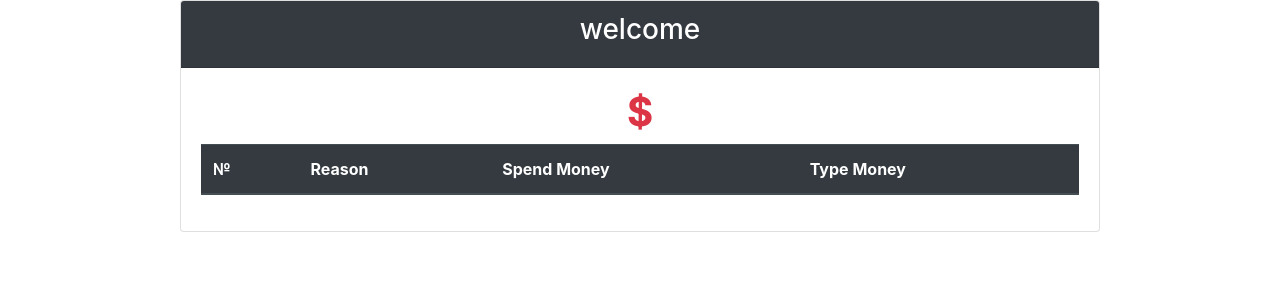
Repository: surefaceJS/allMyWorkInaliLinux
Page: hardcha/index.html
The author's editor kept a copy of each file at every save. The page is drawn from the files as they stood at one save, then again after a run of saves.
The browser window is 1280 px wide. The pictures show the whole page.

Above is the page before, as saved 2021-04-19 11:38:30.

### hardcha/index.html
<!DOCTYPE html>
<html lang="en">

<head>
    <meta charset="UTF-8">
    <meta http-equiv="X-UA-Compatible" content="IE=edge">
    <meta name="viewport" content="width=device-width, initial-scale=1.0">
    <title>ReadyWebPage</title>
    <link rel="stylesheet" href="css/bootstrap.css">
    <link rel="stylesheet" href="fontawesome-free-5.15.2-web/css/all.min.css">
    <link rel="stylesheet" href="css/main.css">
</head>

<body>


    <div class="container">

        <div class="row">
            <div class="col-10 m-auto">
                <div class="card">

                    <div class="card-header bg-dark text-white text-center">
                        <h3>welcome <span id="pushName"></span> </h3>
                    </div>
                    <div class="card-body">
                        <h1 class="text-danger text-center text-uppercase font-intel-bold" id="pushMonay"><span>$</span></h1>

                        <table class="table table-dark table-hover table-striped">
                            <thead>
                                <tr>
                                    <th>№</th>
                                    <th>Reason</th>
                                    <th>Spend Money</th>
                                    <th>Type Money</th>
                                </tr>
                            </thead>
                            <tbody id="result"></tbody>
                        </table>
                    </div>

                </div>
            </div>
        </div>
    </div>

    <script src="js/jquery-3.3.1.slim.min.js"></script>
    <script src="js/popper.min.js"></script>
    <script src="js/bootstrap.js"></script>
    <script src="js/app.js"></script>
</body>

</html>

### hardcha/css/main.css
/*********************  FONTS STYLE *************************/
@font-face {
  font-family: "Inter-Bold";
  src: url("../asssets/fonts/Inter/Inter-Bold.ttf") format("truetype"); }
@font-face {
  font-family: "Inter-Regular";
  src: url("../asssets/fonts/Inter/Inter-Regular.ttf") format("truetype"); }
@font-face {
  font-family: "Inter-Light";
  src: url("../asssets/fonts/Inter/Inter-Light.ttf") format("truetype"); }
@font-face {
  font-family: "Inter-SemiBold";
  src: url("../asssets/fonts/Inter/Inter-SemiBold.ttf") format("truetype"); }
.font-intel-bold {
  font-family: "Inter-Bold", sans-serif; }

.font-intel-regular {
  font-family: "Inter-Regular", sans-serif; }

.font-intel-light {
  font-family: "Inter-Light", sans-serif; }

.font-inter-semi-bold {
  font-family: "Inter-SemiBold", sans-serif; }

/*# sourceMappingURL=main.css.map */

Loaded but not shown: hardcha/css/bootstrap.css (library); hardcha/fontawesome-free-5.15.2-web/css/all.min.css (library); hardcha/js/jquery-3.3.1.slim.min.js (library); hardcha/js/popper.min.js (library); hardcha/js/bootstrap.js (library); hardcha/js/app.js (no copy from this time; the picture is the same without it)

After the next 5 saves:
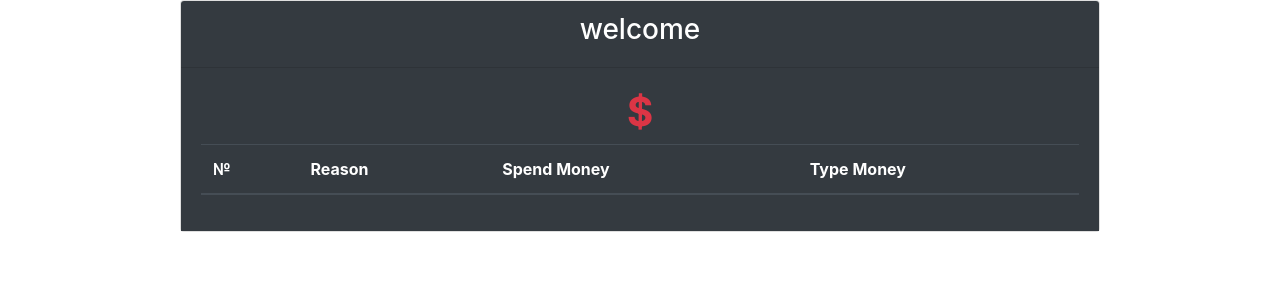
The 5 saves are shown as one change because they came seconds apart.
The last was saved 24 s later.
--- a/hardcha/index.html
+++ b/hardcha/index.html
@@ -23,7 +23,7 @@
                     <div class="card-header bg-dark text-white text-center">
                         <h3>welcome <span id="pushName"></span> </h3>
                     </div>
-                    <div class="card-body">
+                    <div class="card-body bg bg-dark">
                         <h1 class="text-danger text-center text-uppercase font-intel-bold" id="pushMonay"><span>$</span></h1>
 
                         <table class="table table-dark table-hover table-striped">
